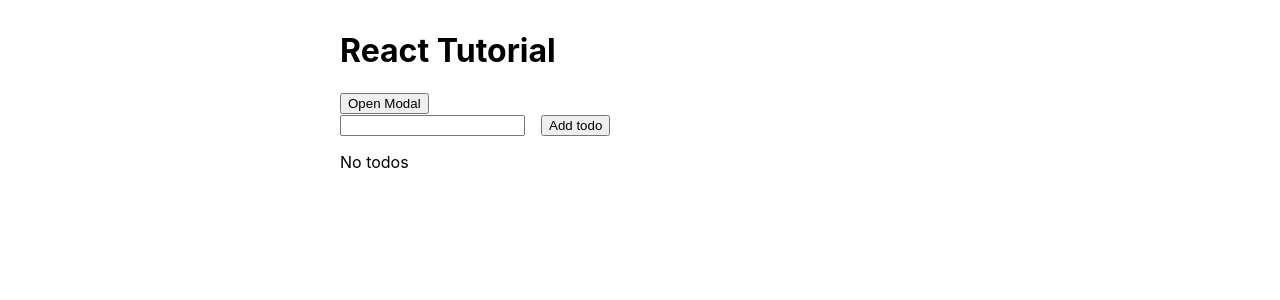
Repository: GregorPiev/rorganizer
Page: /
The author's editor kept a copy of each file at every save. The page is drawn from the files as they stood at one save, then again after the next save.
The browser window is 1280 px wide. The pictures show the whole page.
The page's requests for data from a server got no answer. The project was rebuilt for these pictures with package versions that can differ from the ones it lists, and the page was loaded fresh each time. No one was signed in, and anything a server would have sent is missing. Also part of the build but not shown: src/Todo/TodoList/TodoList.css, src/Todo/TodoItem/TodoItem.js, src/Todo/TodoList/TodoList.js, src/Modal/Modal.css.

Above is the page before, as saved 2020-08-23 11:25:04.

### src/index.css
body {
	margin: 0;
	font-family: -apple-system, BlinkMacSystemFont, 'Segoe UI', 'Roboto', 'Oxygen',
		'Ubuntu', 'Cantarell', 'Fira Sans', 'Droid Sans', 'Helvetica Neue',
		sans-serif;
	-webkit-font-smoothing: antialiased;
	-moz-osx-font-smoothing: grayscale;
}

code {
	font-family: source-code-pro, Menlo, Monaco, Consolas, 'Courier New',
		monospace;
}
.wrapper {
	padding-top: 5px;
	margin: 5px auto;
	width: 600px;
}

### src/App.js
import React, { useEffect, useReducer } from 'react';
import TodoList from './Todo/TodoList/TodoList';
import Context from './context';
import Loader from './Loader/Loader';
import Modal from './Modal/Modal';
import reducer from './reducer';

const AddTodo = React.lazy(() => import('./Todo/AddTodo/AddTodo.js'))

function App() {
  const [state, dispatch] = useReducer(reducer, []);
  const [loading, setLoading] = React.useState(true);

  async function initTodos() {
    const response = await (
      fetch('https://jsonplaceholder.typicode.com/todos?_limit=10')
        .then(response => response.json())
    );
    console.log('todoData:', response);
    dispatch({
      type: 'init',
      payload: response
    })
  }

  useEffect(() => {
    initTodos();
  }, []);

  useEffect(() => {
    console.log('state:', state);
    console.log('loading 1:', loading);
    if (state) {
      setLoading(false);
      console.log('loading 2:', loading);
    }
  }, [state, loading])

  /* function toggleTodo(id) {
    setTodos(
      todos.map((todo) => {
        if (todo.id === id) {
          todo.completed = !todo.completed
        }
        return todo
      }),
    )
  }

  function removeTodo(id) {
    setTodos(todos.filter(todo => todo.id !== id));
  } */

  function addTodo(title) {
    dispatch({
      type: 'add',
      payload: title
    })
  }

  return (
    <Context.Provider value={{
      /* removeTodo,
      toggleTodo */
    }}>
      <div className="wrapper">
        <h1>React Tutorial</h1>
        <Modal />
        <React.Suspense fallback={<p>Loading...</p>}>
          <AddTodo onCreate={addTodo} />
        </React.Suspense>

        {loading
          ? <Loader />
          : state.length
            ? <TodoList todos={state} />
            : <p>No todos</p>
        }

      </div>
    </Context.Provider>
  )
}

export default App

### src/context.js
import React from 'react';

const Context = React.createContext();
export default Context;

### src/Loader/Loader.js
import React from 'react';
import './Loader.css';
export default () => <div className="wrapperLoader"><div className="lds-dual-ring" /></div>

### src/Modal/Modal.js
import React from 'react';
import './Modal.css';

export default class Modal extends React.Component {
    state = {
        isOpen: false
    };
    render() {
        return (
            <React.Fragment>
                <button onClick={() => this.setState({ isOpen: true })}>Open Modal</button>

                {this.state.isOpen &&
                    <div className="modal">
                        <div className="modal-body">
                            <h1>Modal Title</h1>
                            <p>A am awesome modal!</p>

                            <button onClick={() => this.setState({ isOpen: false })}>Close modal</button>
                        </div>

                    </div>}


            </React.Fragment>
        )
    }
}

### src/reducer.js
export default function (state, action) {
    switch (action.type) {
        case 'init':
            return [
                ...state,
                {
                    todos: action.payload
                }
            ]
        case 'add':
            return [
                ...state,
                {
                    title: action.payload,
                    completed: false,
                    id: Date.now()
                }
            ]
        default:
            return state;
    }

}

### src/Todo/AddTodo/AddTodo.js
import React, { useState } from 'react';
import PropTypes from 'prop-types';
import './AddTodo.css';

function useInputValue(defaultValue = '') {
    const [value, setValue] = useState(defaultValue);

    return {
        bind: {
            value: value,
            onChange: event => setValue(event.target.value)
        },
        clear: () => setValue(''),
        value: () => value

    }
}
function AddToDo({ onCreate }) {
    const input = useInputValue('');

    function handlerSubmit($event) {
        $event.preventDefault();
        if (input.value().trim()) {
            onCreate(input.value());
            input.clear()
        }

    }

    return (
        <form className="add_todo" onSubmit={handlerSubmit}>
            <input {...input.bind} />
            <button type="submit">Add todo</button>
        </form>
    )
}

AddToDo.propTypes = {
    onCreate: PropTypes.func.isRequired
}
export default AddToDo;

### src/Todo/AddTodo/AddTodo.css
.add_todo {
    margin-bottom: 1rem;
}

### src/Todo/TodoItem/TodoItem.css
li {
  display: flex;
  justify-content: space-between;
  align-items: center;
  padding: 0.5rem 1rem;
  border: 1px solid #cccccc;
  border-radius: 4px;
  margin-bottom: 0.5rem;
}
input {
  margin-right: 1rem;
}
.rb {
  background: #f00;
  border-radius: 50%;
  color: #ffffff;
  border: none;
}
.done {
  text-decoration: line-through;
}

### src/Loader/Loader.css
.lds-dual-ring {
  display: inline-block;
  width: 80px;
  height: 80px;
}
.lds-dual-ring:after {
  content: ' ';
  display: block;
  width: 64px;
  height: 64px;
  margin: 8px;
  border-radius: 50%;
  border: 6px solid blue;
  border-color: blue transparent blue transparent;
  animation: lds-dual-ring 1.2s linear infinite;
}
@keyframes lds-dual-ring {
  0% {
    transform: rotate(0deg);
  }
  100% {
    transform: rotate(360deg);
  }
}
.wrapperLoader {
  display: flex;
  justify-content: center;
  margin: 0.5rem;
}

Loaded but not shown: public/index.html (common file); src/index.js (common file); src/serviceWorker.js (common file)

After the next save:
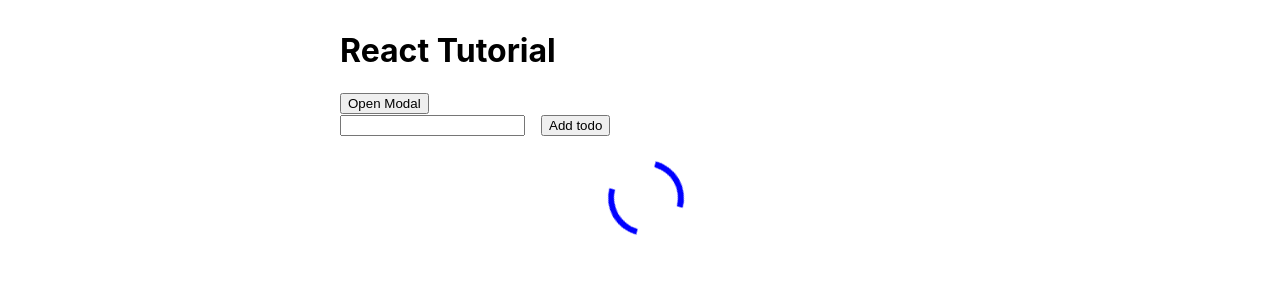
Saved 101 s later.
--- a/src/App.js
+++ b/src/App.js
@@ -31,7 +31,7 @@ function App() {
     console.log('state:', state);
     console.log('loading 1:', loading);
     if (state) {
-      setLoading(false);
+      // setLoading(false);
       console.log('loading 2:', loading);
     }
   }, [state, loading])
